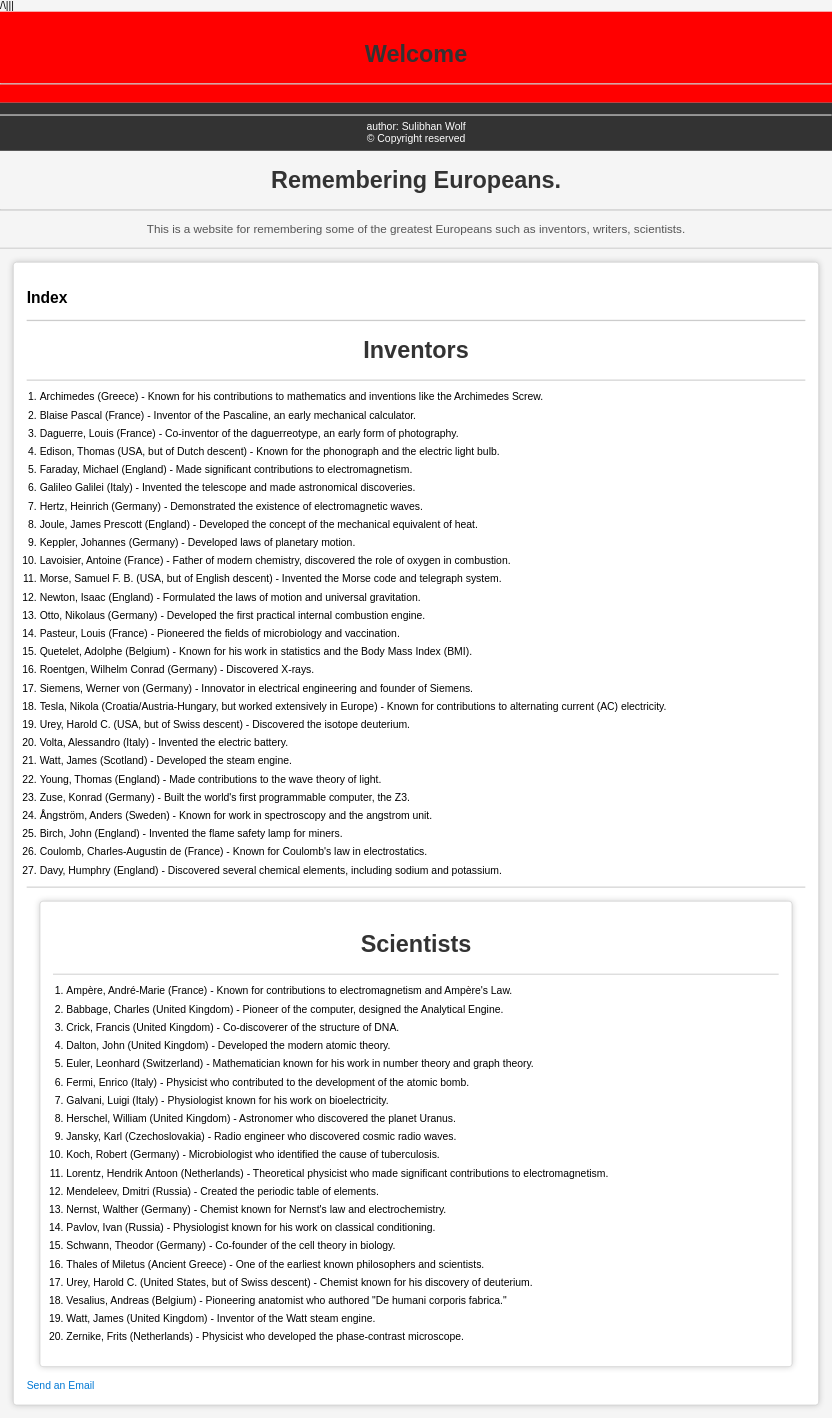
Repository: tomahawk2811/europe-website
Page: index.html
The author's editor kept a copy of each file at every save. The page is drawn from the files as they stood at one save, then again after the next save.
The browser window is 1280 px wide. The pictures show the whole page, at 65% of full size.
Some web fonts or font styles are not loaded; a fallback is used.

Above is the page before, as saved 2023-09-06 18:13:28.

After the next save:
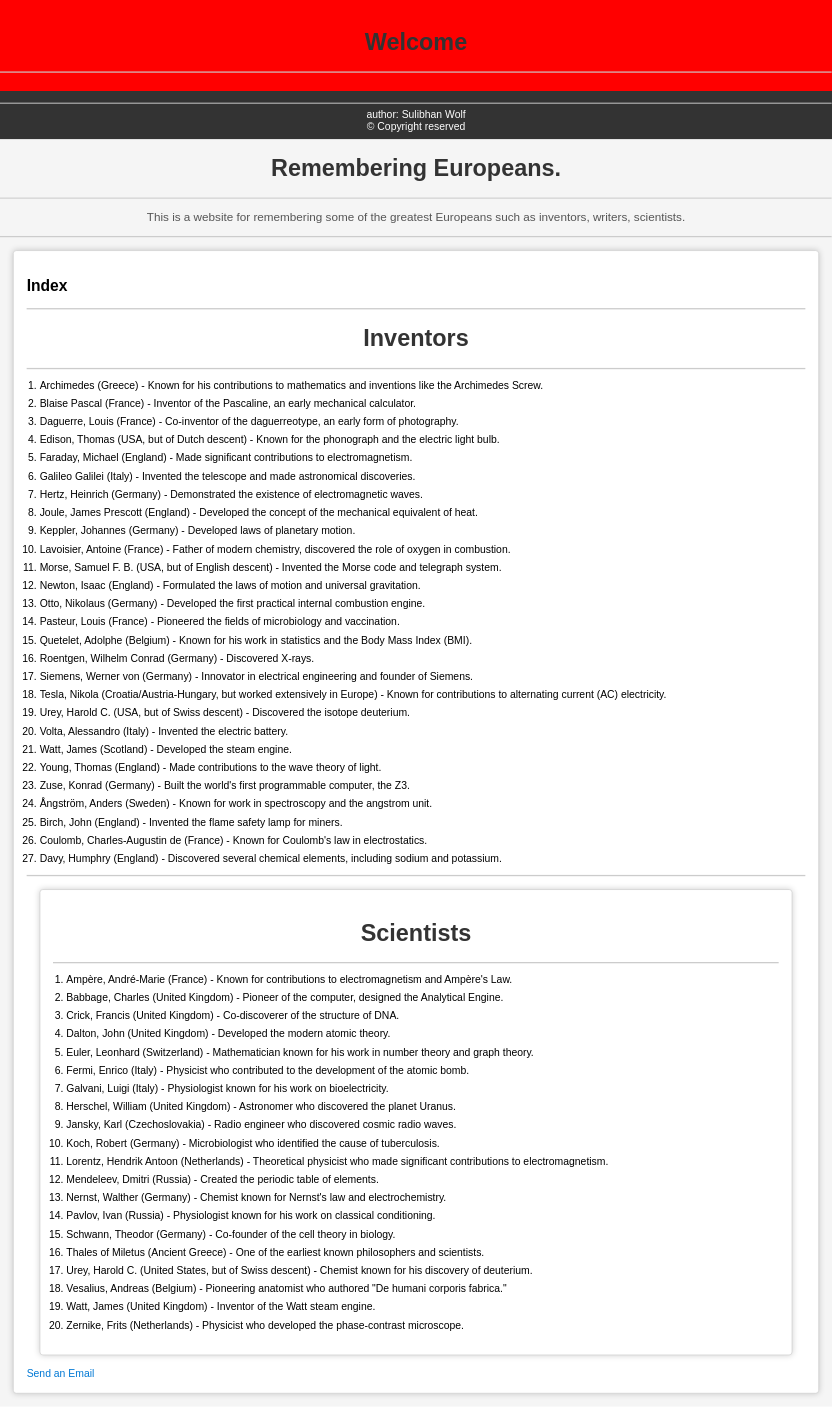
Saved 74 s later.
--- a/index.html
+++ b/index.html
@@ -6,7 +6,6 @@
     <link rel="preconnect" href="https://fonts.googleapis.com">
     <link rel="preconnect" href="https://fonts.gstatic.com" crossorigin>
     <link href="https://fonts.googleapis.com/css2?family=Atkinson+Hyperlegible:ital@1&display=swap" rel="stylesheet">
-/\|||
     <style>
         /* Body styles */
         body {
